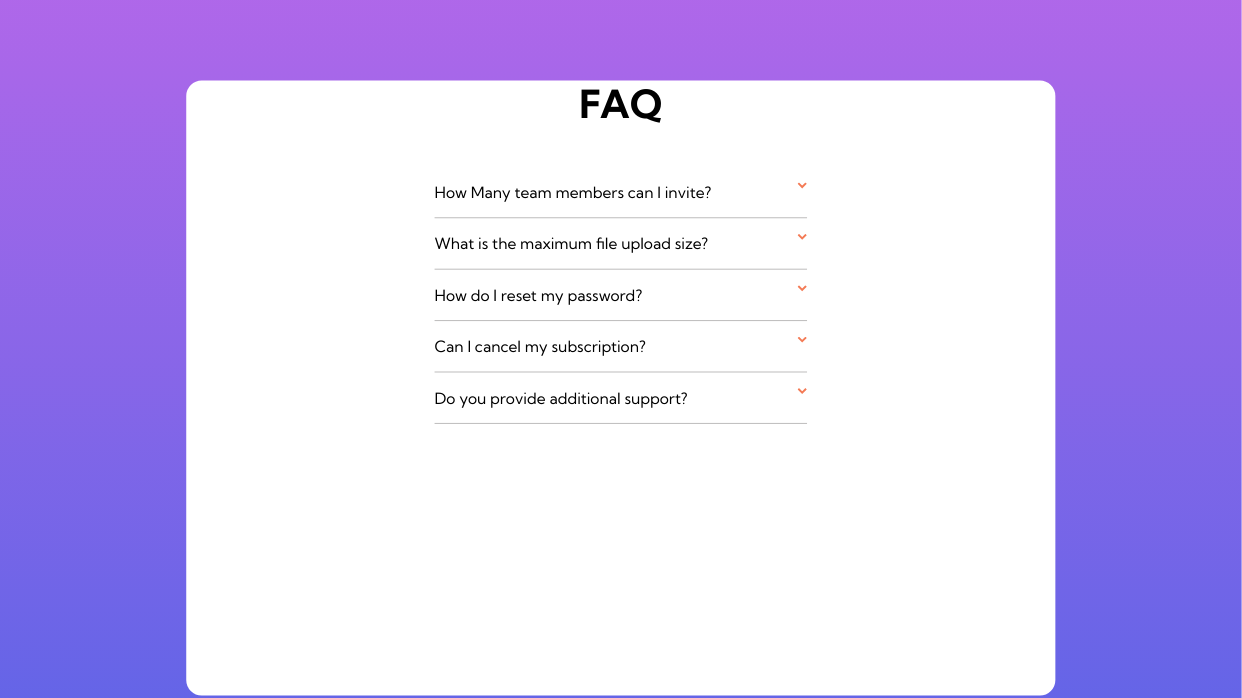
Repository: ryanwilll/ProjetoFAQ
Page: index.html
These files come from the project's save history. The page is drawn as it stood at one moment and after the next save; the edit follows.
The browser window is 1280 px wide. The pictures show the whole page, at 97% of full size.

Above is the page before, as saved 2022-10-27 19:55:39.

### index.html
<!DOCTYPE html>
<html lang="pt-br">

<head>
  <meta charset="UTF-8">
  <meta name="viewport" content="width=device-width, initial-scale=1.0">
  <!-- displays site properly based on user's device -->
  <link rel="preconnect" href="https://fonts.googleapis.com">
  <link rel="preconnect" href="https://fonts.gstatic.com" crossorigin>
  <link rel="preconnect" href="https://fonts.googleapis.com">
  <link rel="preconnect" href="https://fonts.gstatic.com" crossorigin>
  <link href="https://fonts.googleapis.com/css2?family=Kumbh+Sans:wght@400;700&display=swap" rel="stylesheet">
  <link rel="icon" type="image/png" sizes="32x32" href="./images/favicon-32x32.png">
  <link rel="stylesheet" href="./css/style.css">
  <link rel="stylesheet" href="./css/allmedia.css">
  <title>Frontend Mentor | FAQ Accordion Card</title>

  <!-- Feel free to remove these styles or customise in your own stylesheet 👍 -->
</head>

<body>

  <main class="container">
    <div class="card-white">
      <div class="imgs">
        <img class="img-principal" src="./images/illustration-woman-online-mobile.svg" alt="Ilustração Mobile">
        <img class="sombra-img-principal" src="./images/bg-pattern-mobile.svg" alt="Sombreamento da Imagem">
      </div>
      <div class="imgs-desktop">
        <img src="./images/illustration-woman-online-desktop.svg" alt="">
        <img src="./images/bg-pattern-desktop.svg" alt="">
        <img src="./images/illustration-box-desktop.svg" alt="">
      </div>
      <h1 class="FAQ">FAQ</h1>
      <div class="faq-menu">

        <div class="text">
          <button class="button-answer">
            <div class="question"> How Many team members can I invite?<img class="seta"
                src="./images/icon-arrow-down.svg" alt="Seta para baixo"></div>

          </button>
          <p class="answer"> You can invite up to 2 additional users on the Free plan. There is no limit on team
            members
            for the Premium
            plan.</p>
        </div>
        <div class="text">
          <button class="button-answer">
            <div class="question"> What is the maximum file upload size?<img class="seta"
                src="./images/icon-arrow-down.svg" alt="Seta para baixo"></div>

          </button>
          <p class="answer"> No more than 2GB. All files in your account must fit your allotted storage space.</p>
        </div>
        <div class="text">
          <button class="button-answer">
            <div class="question"> How do I reset my password?<img class="seta" src="./images/icon-arrow-down.svg"
                alt="Seta para baixo"></div>

          </button>
          <p class="answer"> Click “Forgot password” from the login page or “Change password” from your profile page.
            A reset link will be emailed to you.</p>
        </div>
        <div class="text">
          <button class="button-answer">
            <div class="question"> Can I cancel my subscription?<img class="seta" src="./images/icon-arrow-down.svg"
                alt="Seta para baixo"></div>

          </button>
          <p class="answer"> Yes! Send us a message and we’ll process your request no questions asked.</p>
        </div>
        <div class="text">
          <button class="button-answer">
            <div class="question"> Do you provide additional support?<img class="seta"
                src="./images/icon-arrow-down.svg" alt="Seta para baixo"></div>

          </button>
          <p class="answer"> You can invite up to 2 additional users on the Free plan. There is no limit on team
            members
            for the Premium
            plan.</p>
        </div>
      </div>

    </div>
  </main>
  <script src="./src/index.js"></script>
</body>

</html>

### css/style.css
@charset "UTF-8";
input,
textarea,
button,
select,
a {
  -webkit-tap-highlight-color: rgba(0, 0, 0, 0);
}
/*Versão Mobile First*/
* {
  font-family: "Kumbh Sans", sans-serif;
  margin: 0px;
  padding: 0px;
  box-sizing: border-box;
}

body {
  background: linear-gradient(hsl(273, 75%, 66%) 80%, hsl(240, 73%, 65%));
  background: linear-gradient(hsl(273, 75%, 66%) 80%, hsl(240, 73%, 65%));
  background-repeat: no-repeat;
  position: relative;
  height: 100vh;
  width: 100vw;
}

.card-white {
  background-color: white;
  width: 90vw;
  max-height: 100vh;
  margin: 10em auto;
  border-radius: 1em;
  padding-bottom: 5em;
}

.card-white .imgs {
  position: relative;
  width: 50vw;
  margin: auto;
  top: -5.5em;
  z-index: 1;
}

.card-white .imgs .sombra-img-principal {
  position: relative;
  width: 50vw;
  margin: auto;
  top: -4.5em;
  z-index: -1;
}
.card-white .FAQ {
  font-size: 2.5em;
  text-align: center;
  font-weight: 600;
  margin: -3em 0em 1em;
}

.card-white button {
  border-style: none;
  text-align: left;
  background-color: transparent;
  transition: color ease-in-out 0.2s;
  justify-content: space-between;
  cursor: pointer;
  width: 80vw;
}

.card-white button img {
  position: relative;
  float: right;
  margin: auto;
}

.imgs-desktop {
  display: none;
}

.card-white button:hover {
  color: orange;
}

.card-white .faq-menu .text .question {
  width: 80vw;
  margin: 1em 0em;
}

.card-white .answer {
  visibility: hidden;
  height: 0;
  transition: height 0.5s ease;
}
.card-white .faq-menu .text {
  border-bottom: 1px solid rgb(187, 186, 186);
  width: 80vw;
  margin: auto;
}

.card-white .faq-menu .text.active .question {
  font-weight: bold;
}

.card-white .faq-menu .text.active .answer {
  visibility: visible;
  height: 2.4em;
  margin: 0.5em 0em;
  width: 75vw;
  font-size: 0.7em;
  margin-bottom: 2em;
  animation: fade 1s ease-in-out;
}

.card-white .faq-menu .text.active .seta {
  transform: rotate(180deg);
}
.seta {
  transition: transform 0.5s ease-in;
}

@keyframes fade {
  from {
    opacity: 0;
    transform: translateY(-10px);
  }
  to {
    opacity: 1;
    transform: translateY(0px);
  }
}

### css/allmedia.css
@media screen and (min-width: 600px) and (max-width: 768px) {
  body {
    background: linear-gradient(hsl(273, 75%, 66%) 80%, hsl(240, 73%, 65%));
    background: linear-gradient(hsl(273, 75%, 66%) 80%, hsl(240, 73%, 65%));
    background-repeat: no-repeat;
    position: relative;
    height: 100vh;
    width: 100vw;
  }
  .card-white {
    max-height: 100%;
    margin: 13em auto;
    border-radius: 1em;
    padding-bottom: 5em;
  }
  .card-white .imgs {
    top: -10.5em;
  }

  .card-white .imgs .sombra-img-principal {
    top: -7.5em;
  }
  .card-white .FAQ {
    font-size: 3.5em;
    margin: -5em 0em 1em;
  }

  .card-white button img {
    width: 1.5em;
    height: 1em;
  }
  .card-white .faq-menu .text .question {
    font-size: 2em;
  }
  .card-white .faq-menu .text.active .answer {
    font-size: 1.5em;
  }
}

@media screen and (min-width: 769px) and (max-width: 992px) {
  body {
    background: linear-gradient(hsl(273, 75%, 66%) 80%, hsl(240, 73%, 65%));
    background: linear-gradient(hsl(273, 75%, 66%) 80%, hsl(240, 73%, 65%));
    background-repeat: no-repeat;
    position: relative;
    height: 100%;
    width: 100%;
  }
  .card-white {
    max-height: 100%;
    margin: 15em auto;
    border-radius: 1em;
    padding-bottom: 5em;
  }
  .card-white .imgs {
    top: -10.5em;
  }

  .card-white .imgs .sombra-img-principal {
    top: -7.5em;
  }
  .card-white .FAQ {
    font-size: 4em;
    margin: -3em 0em 1em;
  }
  .card-white button img {
    width: 1.5em;
    height: 1em;
  }
  .card-white .faq-menu .text .question {
    font-size: 2em;
  }
  .card-white .faq-menu .text.active .answer {
    font-size: 1.5em;
  }
}

@media screen and (min-width: 993px) and (max-width: 1200px) {
  body {
    background: linear-gradient(hsl(273, 75%, 66%) 80%, hsl(240, 73%, 65%));
    background: linear-gradient(hsl(273, 75%, 66%) 80%, hsl(240, 73%, 65%));
    background-repeat: no-repeat;
    position: relative;
    height: 100%;
    width: 100%;
  }
  .card-white {
    max-height: 100%;
    margin: 15em auto;
    border-radius: 1em;
    padding-bottom: 5em;
  }
  .card-white .imgs {
    top: -16.5em;
  }

  .card-white .imgs .sombra-img-principal {
    top: -11.5em;
  }
  .card-white .FAQ {
    font-size: 5em;
    margin: -5.5em 0em 1em;
  }
  .card-white button img {
    width: 1.5em;
    height: 1em;
  }
  .card-white .faq-menu .text .question {
    font-size: 2.3em;
  }
  .card-white .faq-menu .text.active .answer {
    font-size: 1.7em;
  }
}

@media screen and (min-width: 1201px) {
  body {
    margin: 0;
    font-family: "Poppins", sans-serif;
    height: 100vh;
    width: 100vw;
    background: linear-gradient(hsl(273, 75%, 66%), hsl(240, 73%, 65%));
    display: grid;
    justify-content: center;
    align-content: center;
  }

  /* .imgs-desktop {
    display: block;
  }*/
  .card-white {
    height: 100%;
    width: 70vw;
    margin-top: 10em;
  }
  .card-white .imgs {
    display: none;
  }

  .card-white .imgs-desktop {
    position: absolute;
    top: 0px;
  }
  .card-white .imgs .sombra-img-principal {
    top: -11.5em;
  }
  /*.card-white .FAQ {
    padding-top: 2em;
    margin-left: 1.5em;
    font-size: 2.5em;
  }*/
  .card-white button {
    width: 30vw;
  }

  .card-white .faq-menu .text {
    border-bottom: 1px solid rgb(187, 186, 186);
    width: 30vw;
  }

  .card-white .faq-menu .text .question {
    font-size: 1.2em;
    width: 30vw;
  }
  .card-white .faq-menu .text.active .answer {
    width: 30vw;
    font-size: 1em;
  }
}

### src/index.js
const faqs = document.querySelectorAll(".text");

faqs.forEach((faq) => {
  faq.addEventListener("click", () => {
    faq.classList.toggle("active");
  });
});

After the next save:
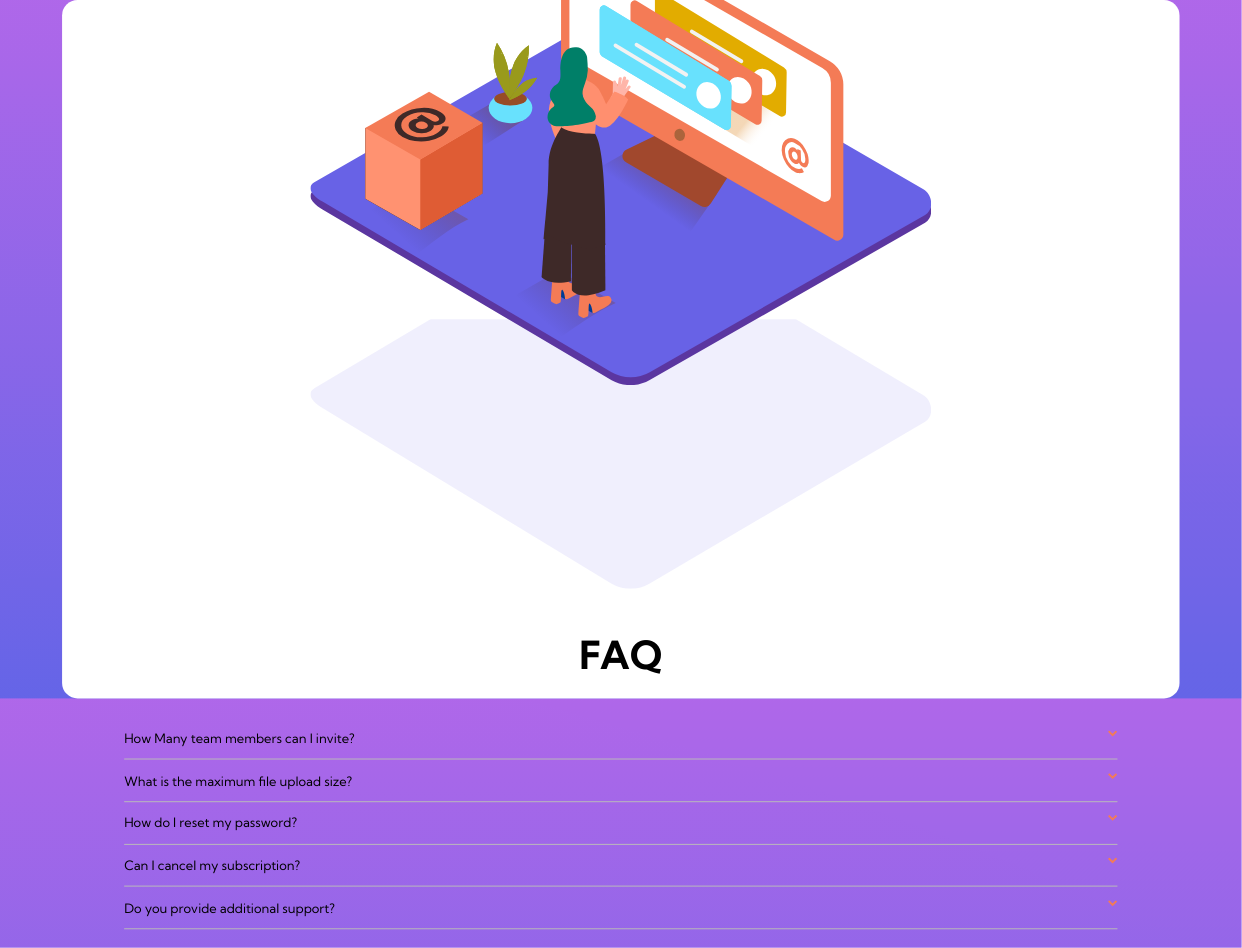
Saved 14 s later.
--- a/css/allmedia.css
+++ b/css/allmedia.css
@@ -124,46 +124,3 @@
     justify-content: center;
     align-content: center;
   }
-
-  /* .imgs-desktop {
-    display: block;
-  }*/
-  .card-white {
-    height: 100%;
-    width: 70vw;
-    margin-top: 10em;
-  }
-  .card-white .imgs {
-    display: none;
-  }
-
-  .card-white .imgs-desktop {
-    position: absolute;
-    top: 0px;
-  }
-  .card-white .imgs .sombra-img-principal {
-    top: -11.5em;
-  }
-  /*.card-white .FAQ {
-    padding-top: 2em;
-    margin-left: 1.5em;
-    font-size: 2.5em;
-  }*/
-  .card-white button {
-    width: 30vw;
-  }
-
-  .card-white .faq-menu .text {
-    border-bottom: 1px solid rgb(187, 186, 186);
-    width: 30vw;
-  }
-
-  .card-white .faq-menu .text .question {
-    font-size: 1.2em;
-    width: 30vw;
-  }
-  .card-white .faq-menu .text.active .answer {
-    width: 30vw;
-    font-size: 1em;
-  }
-}
